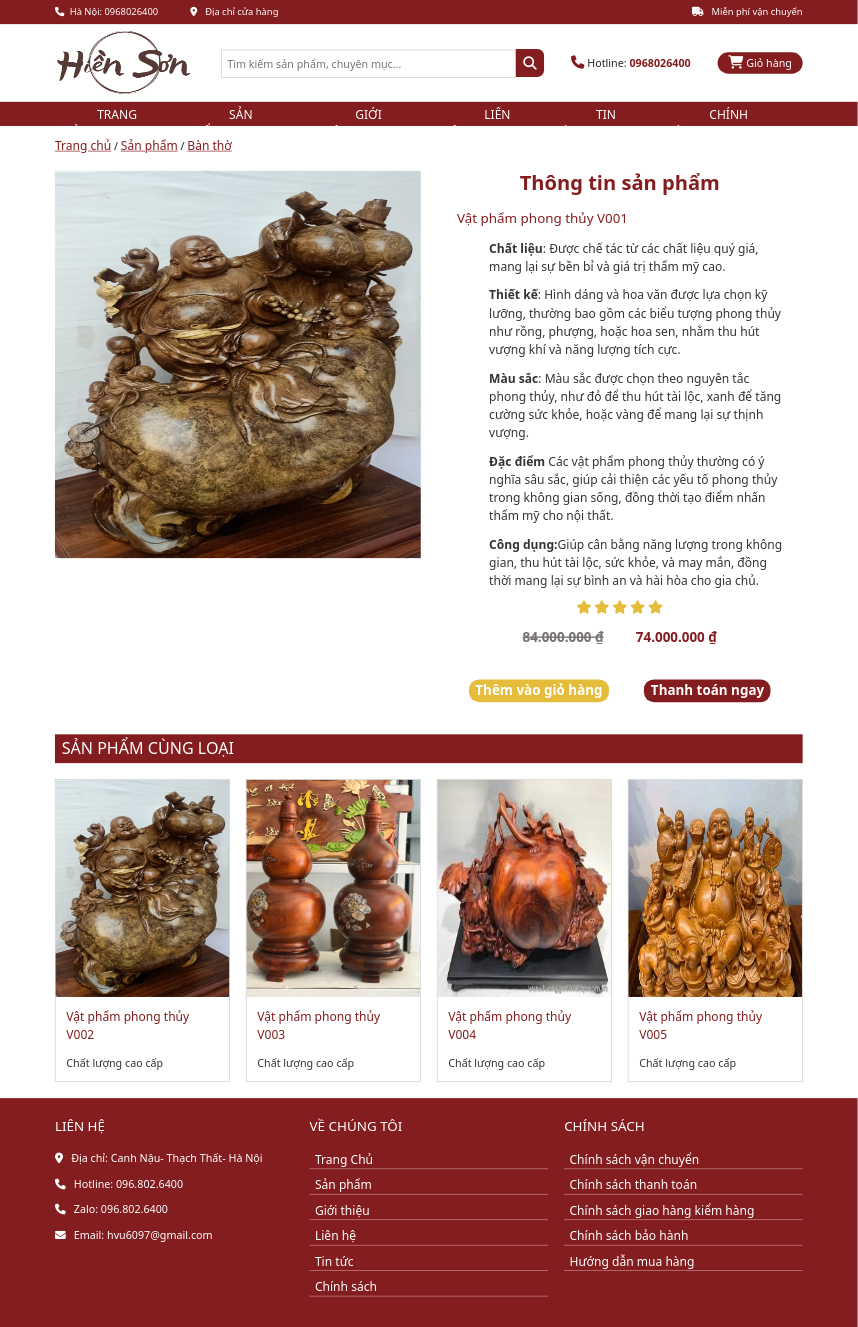
Repository: hoang28092000/do_go_hien_son
Page: product_details/vp_v002.html
The author's editor kept a copy of each file at every save. The page is drawn from the files as they stood at one save, then again after a run of saves.
The browser window is 1280 px wide. The pictures show the whole page, at 67% of full size.
Some web libraries are served in a nearby version.

Above is the page before, as saved 2024-08-11 01:19:19.

### product_details/vp_v002.html
<!DOCTYPE html>
<html lang="en">
<head>
    <meta charset="UTF-8">
    <meta name="viewport" content="width=device-width, initial-scale=1.0">
    <link rel="stylesheet" href="../asset/style.css">
    <link rel="stylesheet" href="https://cdnjs.cloudflare.com/ajax/libs/font-awesome/6.6.0/css/all.min.css" integrity="sha512-Kc323vGBEqzTmouAECnVceyQqyqdsSiqLQISBL29aUW4U/M7pSPA/gEUZQqv1cwx4OnYxTxve5UMg5GT6L4JJg==" crossorigin="anonymous" referrerpolicy="no-referrer" />
    <link href="https://cdn.jsdelivr.net/npm/bootstrap@5.3.3/dist/css/bootstrap.min.css" rel="stylesheet" integrity="sha384-QWTKZyjpPEjISv5WaRU9OFeRpok6YctnYmDr5pNlyT2bRjXh0JMhjY6hW+ALEwIH" crossorigin="anonymous">
    <title>Vật phẩm phong thủy V002</title>
</head>
<body>
    <div id="header">
        <div class="top_header">
            <div class="container">
                <div class=" d-flex align-items-center justify-content-between pt-1">
                    <div class="d-flex">
                        <p class="mb-0 me-5"><a href="" class="txt-th">
                            <i class="fa-solid fa-phone icon-th pe-2"></i>Hà Nội: 0968026400
                        </a></p>
                        <p class="mb-0"><a href="" class="txt-th">
                            <i class="fa-solid fa-location-dot icon-th pe-2"></i>
                        Địa chỉ cửa hàng</a></p>
                    </div>
                    <p class="mb-0"><a href="" class="txt-th">
                        <i class="fa-solid fa-truck icon-th pe-2"></i>
                    Miễn phí vận chuyển</a></p>
                </div>
            </div>
        </div>
    </div>

        <div class="main_header py-2">
            <div class="container">
                <ul class="d-flex justify-content-between align-items-center ps-0 mb-0">
                    <li class="logo-hs">
                        <a href="../index.html"><img src="../asset/image/logo_1.png" class="logo-hd" alt=""></a>
                    </li>
                    <li class="search-hd">
                        <input type="text" class="input-search-hd" placeholder="Tìm kiếm sản phẩm, chuyên mục..."><i class="fa-solid fa-magnifying-glass icon-search_hd"></i>
                    </li>

                    <li class="contact-hd">
                        <i class="fa-solid fa-phone icon-hd "></i>
                        <span class="txt-hd">Hotline: <b style="color: #831d1f;">0968026400</b></span>
                    </li>

                    <li class="cart-hd">
                        <p class="mb-0 cart-list py-1 px-3">
                            <i class="fa-solid fa-cart-shopping icon-cart"></i><span class="txt-cart"> Giỏ hàng</span>
                        </p>
                    </li>
                </ul>
            </div>
        </div>

        <div class="bottom_header">
            <div class="container">
                <ul class="links d-flex justify-content-center align-items-center mb-0 ps-0">
                    <li class="link "><a href="../index.html" class="txt-link">TRANG CHỦ</a></li>
                    <li class="link"><a href="../website/product.html" class="txt-link">SẢN PHẨM</a></li>
                    <li class="link"><a href="../website/about-us.html" class="txt-link">GIỚI THIỆU</a></li>
                    <li class="link"><a href="../website/contact.html" class="txt-link">LIÊN HỆ</a></li>
                    <li class="link"><a href="../website/news.html" class="txt-link">TIN TỨC</a></li>
                    <li class="link"><a href="../website/policy.html" class="txt-link">CHÍNH SÁCH</a></li>
                 </ul>
            </div>
        </div>
    </div>
    <div class="main-product_details">
        <div class="container">
            <div class="links-product_details pt-3 pb-4">
                <a href="../index.html" class="link-pd">Trang chủ</a>
                <span class="slash"> /</span>
                <a href="../website/product.html" class="link-pd">Sản phẩm</a>
                <span class="slash"> /</span>
                <a href="../website/product.html" class="link-pd">Bàn thờ</a>
            </div>

            <div class="card-p_details">
                <div class="row">
                    <div class="col-lg-6">
                        <img src="../asset/image/vp_2.jpg" alt="" class="img-p_details w-100">
                    </div>
                    <div class="col-lg-6">
                        <div class="info-p_details">
                            <h3 class="name-p_details">
                                Thông tin sản phẩm
                            </h3>

                            <div class="desc-info-pd">
                                <p class="heading-pd">
                                    Vật phẩm phong thủy V001
                                </p>
                                <p class="txt-pd ps-5">
                                    <b>Chất liệu</b>: Được chế tác từ các chất liệu quý giá, mang lại sự bền bỉ và giá trị thẩm mỹ cao.
                                </p>
                                <p class="txt-pd ps-5">
                                    <b>Thiết kế</b>: Hình dáng và hoa văn được lựa chọn kỹ lưỡng, thường bao gồm các biểu tượng phong thủy như rồng, phượng, hoặc hoa sen, nhằm thu hút vượng khí và năng lượng tích cực.
                                </p>
                                <p class="txt-pd ps-5">
                                    <b>Màu sắc</b>:  Màu sắc được chọn theo nguyên tắc phong thủy, như đỏ để thu hút tài lộc, xanh để tăng cường sức khỏe, hoặc vàng để mang lại sự thịnh vượng.
                                </p>
                                <p class="txt-pd ps-5">
                                    <b>Đặc điểm</b> Các vật phẩm phong thủy thường có ý nghĩa sâu sắc, giúp cải thiện các yếu tố phong thủy trong không gian sống, đồng thời tạo điểm nhấn thẩm mỹ cho nội thất.
                                </p>
                                <p class="txt-pd ps-5">
                                    <b>Công dụng:</b>Giúp cân bằng năng lượng trong không gian, thu hút tài lộc, sức khỏe, và may mắn, đồng thời mang lại sự bình an và hài hòa cho gia chủ.
                                </p>
                                <div class="evaluate ">
                                    <i class="fa-solid fa-star icon-star"></i>
                                    <i class="fa-solid fa-star icon-star"></i>
                                    <i class="fa-solid fa-star icon-star"></i>
                                    <i class="fa-solid fa-star icon-star"></i>
                                    <i class="fa-solid fa-star icon-star"></i>

                                </div>
                                <div class="prices-pd d-flex justify-content-center my-3">
                                    <p class="price-pd mb-0">84.000.000 ₫</p>
                                    <p class="price_sold_out mb-0 ps-5">74.000.000 ₫</p>
                                </div>
                                <div class="pay text-center mt-5" >
                                    <button class="add_cart me-5">Thêm vào giỏ hàng</button>
                                    <button class="buy">Thanh toán ngay</button>
                                </div>
                        </div>
                    </div>
                </div>
            </div>
            <h3 class="title-pd mt-5">
                SẢN PHẨM CÙNG LOẠI
            </h3>
            <div class="pd-relate my-4">
                <div class="row">
                    <div class="col-lg-3">
                        <a href="./vp_v001.html" class="a-link_pd">
                            <div class="card-pd">
                                <img src="../asset/image/vp_2.jpg" alt="this is picture" class="w-100 img-relate">
                                <p class="name-product_r mt-3 px-3">Vật phẩm phong thủy V002</p>
                                <p class="info-pd_r px-3">Chất lượng cao cấp</p>
                            </div>
                        </a>
                    </div>
                    <div class="col-lg-3">
                        <a href="./vp_v003.html" class="a-link_pd">
                            <div class="card-pd">
                                <img src="../asset/image/vp_3.jpg" alt="this is picture" class="w-100 img-relate">
                                <p class="name-product_r mt-3 px-3">Vật phẩm phong thủy V003</p>
                                <p class="info-pd_r px-3">Chất lượng cao cấp</p>
                            </div>
                        </a>
                    </div>
                    <div class="col-lg-3">
                        <a href="./vp_v004.html" class="a-link_pd">
                            <div class="card-pd">
                                <img src="../asset/image/vp_4.jfif" alt="this is picture" class="w-100 img-relate">
                                <p class="name-product_r mt-3 px-3">Vật phẩm phong thủy V004</p>
                                <p class="info-pd_r px-3">Chất lượng cao cấp</p>
                            </div>
                        </a>
                    </div>
                    <div class="col-lg-3">
                        <a href="./vp_v005.html" class="a-link_pd">
                            <div class="card-pd">
                                <img src="../asset/image/vp_5.jpg" alt="this is picture" class="w-100 img-relate">
                                <p class="name-product_r mt-3 px-3">Vật phẩm phong thủy V005</p>
                                <p class="info-pd_r px-3">Chất lượng cao cấp</p>
                            </div>
                        </a>
                    </div>
                </div>
            </div>
        </div>
    </div>


    <div id="footer" class="mt-3">
        <div class="container">
            <div class="row">
                <div class="col-lg-4">
                    <h4 class="title-ft">LIÊN HỆ</h4>
                    <ul class="list-info">
                        <li>
                            <i class="fa-solid fa-location-dot icon-ft pe-2"></i>
                            <span class="txt-ft">Địa chỉ: Canh Nậu- Thạch Thất- Hà Nội</span>
                        </li>
                        <li>
                            <i class="fa-solid fa-phone icon-ft pe-2"></i>
                            <span class="txt-ft">Hotline: 096.802.6400</span>
                        </li>
                        <li>
                            <i class="fa-solid fa-phone icon-ft pe-2"></i>
                            <span class="txt-ft">Zalo: 096.802.6400    </span>
                        </li>
                        <li>
                            <i class="fa-solid fa-envelope icon-ft pe-2"></i>
                           <span class="txt-ft">Email: hvu6097@gmail.com</span>
                        </li>
                    </ul>
                </div>
                <div class="col-lg-4">
                    <h4 class="title-ft">
                        VỀ CHÚNG TÔI
                    </h4>
                    <ul class="list-links ps-0">
                        <li class="item-link"><a href="../index.html" class="link-ft">Trang Chủ </a></li>
                        <li class="item-link"><a href="../website/product.html" class="link-ft">Sản phẩm</a></li>
                        <li class="item-link"><a href="../website/about-us.html" class="link-ft">Giới thiệu</a></li>
                        <li class="item-link"><a href="../website/contact.html" class="link-ft">Liên hệ</a></li>
                        <li class="item-link"><a href="../website/news.html" class="link-ft">Tin tức</a></li>
                        <li class="item-link"><a href="../website/policy.html" class="link-ft">Chính sách</a></li>
                    </ul>
                </div>
                <div class="col-lg-4">
                    <h4 class="title-ft">
                       CHÍNH SÁCH
                    </h4>
                    <ul class="list-links ps-0">
                        <li class="item-link"><a href="../website/policy.html" class="link-ft">Chính sách vận chuyển </a></li>
                        <li class="item-link"><a href="../website/policy.html" class="link-ft">Chính sách thanh toán</a></li>
                        <li class="item-link"><a href="../website/policy.html" class="link-ft">Chính sách giao hàng kiểm hàng</a></li>
                        <li class="item-link"><a href="../website/policy.html" class="link-ft">Chính sách bảo hành</a></li>
                        <li class="item-link"><a href="../website/policy.html" class="link-ft">Hướng dẫn mua hàng</a></li>
                    </ul>
                </div>

            </div>
        </div>
    </div>
</body>
</html>

Loaded but not shown: asset/style.css (594 lines, source omitted)

After the next 2 saves:
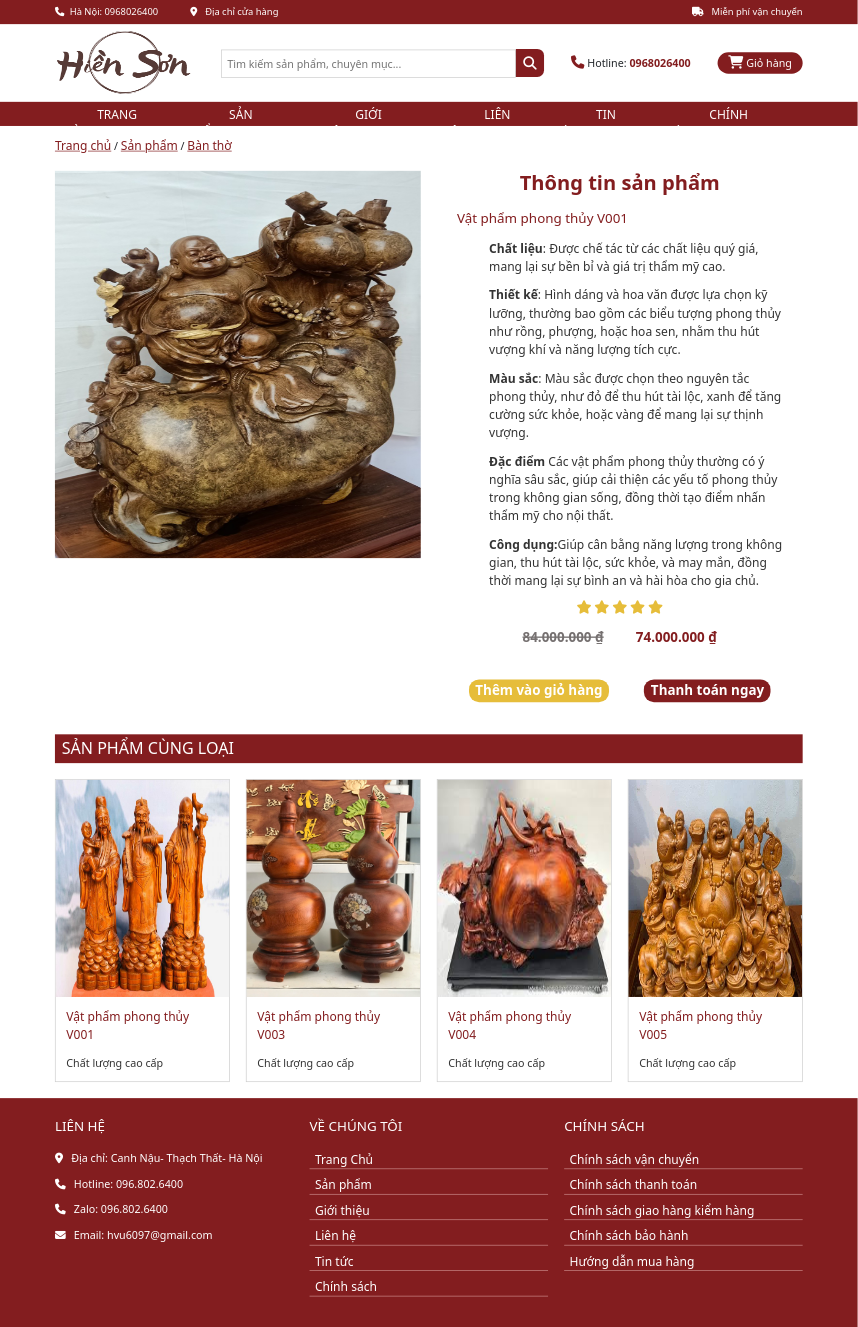
The 2 saves are shown as one change because they came seconds apart.
The last was saved 4 s later.
--- a/product_details/vp_v002.html
+++ b/product_details/vp_v002.html
@@ -134,8 +134,8 @@
                     <div class="col-lg-3">
                         <a href="./vp_v001.html" class="a-link_pd">
                             <div class="card-pd">
-                                <img src="../asset/image/vp_2.jpg" alt="this is picture" class="w-100 img-relate">
-                                <p class="name-product_r mt-3 px-3">Vật phẩm phong thủy V002</p>
+                                <img src="../asset/image/vp_1.jpg" alt="this is picture" class="w-100 img-relate">
+                                <p class="name-product_r mt-3 px-3">Vật phẩm phong thủy V001</p>
                                 <p class="info-pd_r px-3">Chất lượng cao cấp</p>
                             </div>
                         </a>
